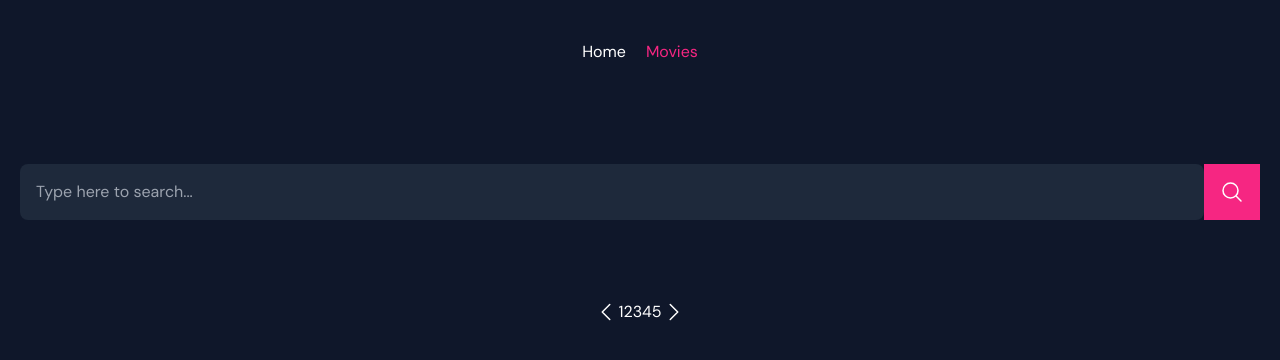
Repository: vophuocthanh/movies
Page: /movies
The author's editor kept a copy of each file at every save. The page is drawn from the files as they stood at one save, then again after the next save.
The browser window is 1280 px wide. The pictures show the whole page.
The page's requests for data from a server got no answer. The project was rebuilt for these pictures with package versions that can differ from the ones it lists, and the page was loaded fresh each time. No one was signed in, and anything a server would have sent is missing. Also part of the build but not shown: src/components/banner/Banner.jsx, src/pages/HomePage.jsx, src/components/movie/MovieCard.jsx, src/pages/MovieDetailsPage.jsx. Imported but missing from the stored project, and not drawn on this page: src/components/movie/MovieList.

Above is the page before, as saved 2022-12-05 21:53:03.

After the next save:
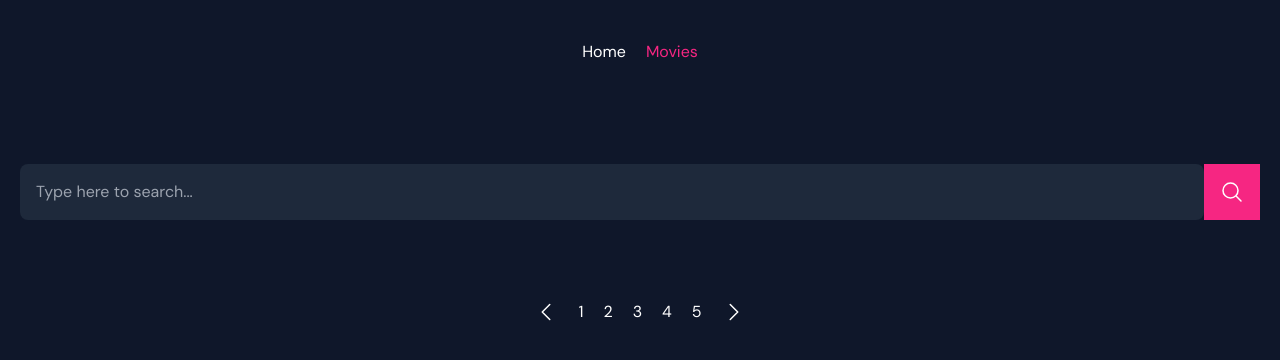
Saved 20 s later.
--- a/src/pages/MoviePage.jsx
+++ b/src/pages/MoviePage.jsx
@@ -68,7 +68,7 @@ const MoviePage = () => {
             <MovieCard key={item.id} item={item}></MovieCard>
           ))}
       </div>
-      <div className="flex items-center justify-center mt-10">
+      <div className="flex items-center justify-center mt-10 gap-x-5">
         <span>
           <svg
             xmlns="http://www.w3.org/2000/svg"
